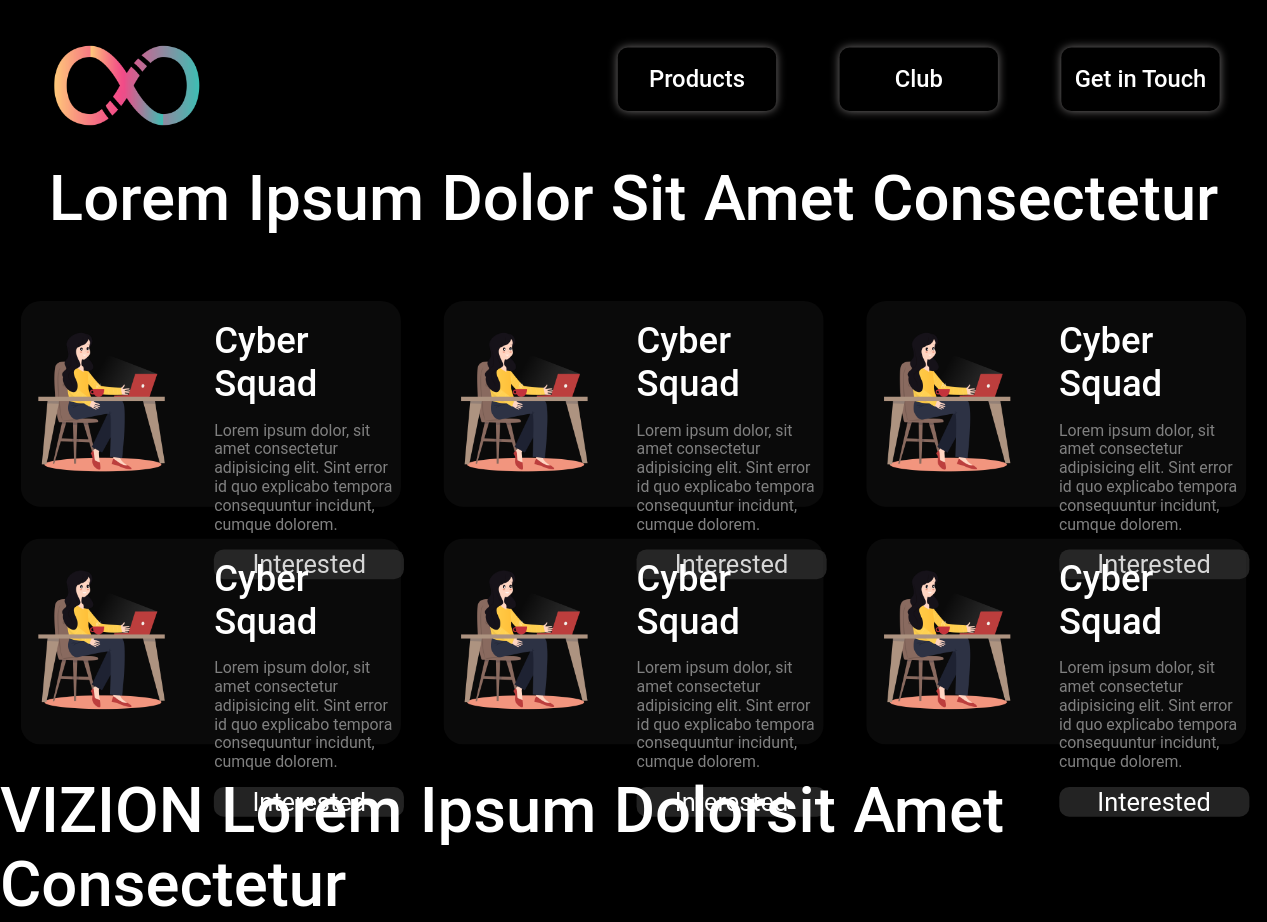
Repository: kapil4457/vizion-internship-project
Page: /
The author's editor kept a copy of each file at every save. The page is drawn from the files as they stood at one save, then again after the next save.
The browser window is 1280 px wide. The pictures show the whole page, at 99% of full size.
The project was rebuilt for these pictures with package versions that can differ from the ones it lists, and the page was loaded fresh each time. Also part of the build but not shown: src/index.css.

Above is the page before, as saved 2022-10-29 10:24:16.

### public/index.html
<!DOCTYPE html>
<html lang="en">
  <head>
    <meta charset="utf-8" />
    <link rel="icon" href="%PUBLIC_URL%/favicon.ico" />
    <meta name="viewport" content="width=device-width, initial-scale=1" />
    <meta name="theme-color" content="#000000" />
    <meta
      name="description"
      content="Web site created using create-react-app"
    />
    <link rel="preconnect" href="https://fonts.googleapis.com">
    <link rel="apple-touch-icon" href="%PUBLIC_URL%/logo192.png" />
    <!--
      manifest.json provides metadata used when your web app is installed on a
      user's mobile device or desktop. See https://developers.google.com/web/fundamentals/web-app-manifest/
    -->
    <link rel="manifest" href="%PUBLIC_URL%/manifest.json" />
    <!--
      Notice the use of %PUBLIC_URL% in the tags above.
      It will be replaced with the URL of the `public` folder during the build.
      Only files inside the `public` folder can be referenced from the HTML.

      Unlike "/favicon.ico" or "favicon.ico", "%PUBLIC_URL%/favicon.ico" will
      work correctly both with client-side routing and a non-root public URL.
      Learn how to configure a non-root public URL by running `npm run build`.
    -->
    <title>React App</title>
  </head>
  <body>
    <noscript>You need to enable JavaScript to run this app.</noscript>
    <div id="root"></div>
    <!--
      This HTML file is a template.
      If you open it directly in the browser, you will see an empty page.

      You can add webfonts, meta tags, or analytics to this file.
      The build step will place the bundled scripts into the <body> tag.

      To begin the development, run `npm start` or `yarn start`.
      To create a production bundle, use `npm run build` or `yarn build`.
    -->
  </body>
</html>

### src/index.js
import React from 'react';
import ReactDOM from 'react-dom/client';
import './index.css';
import App from './App';
import reportWebVitals from './reportWebVitals';
import { BrowserRouter } from 'react-router-dom';
const root = ReactDOM.createRoot(document.getElementById('root'));
root.render(
  <BrowserRouter >
  <React.StrictMode>
    <App />
  </React.StrictMode>
  </BrowserRouter>
);

// If you want to start measuring performance in your app, pass a function
// to log results (for example: reportWebVitals(console.log))
// or send to an analytics endpoint. Learn more: https://bit.ly/CRA-vitals
reportWebVitals();

### src/App.js
import { Route, Routes } from 'react-router-dom';
import './App.css';
import Header from './components/Header/Header';
import Home from './components/Home/Home';

function App() {
  return (
   <>
<Header />
   <Routes>
<Route exact path='/' element={<Home />} />


   </Routes>



   </>
  );
}

export default App;

### src/App.css
*{
margin:0;
padding:0;
box-sizing: border-box;
font-family: 'Roboto', sans-serif;}

body{
  background-color: black;
  color : white;

}
a{
  text-decoration: none;;
  color:white;
}

.active{
  color:red;
}

body::-webkit-scrollbar {
  display: none;
}

### src/components/Header/Header.jsx
import React from "react";
import { NavLink } from "react-router-dom";
import Logo from "./logo.png";
import "./Header.css";
const Header = () => {
  return (
    <div className="main-header">
      <NavLink to="/" className="left-header">
        <img src={Logo} alt="" />
      </NavLink>
      <div className="right-header">
        <NavLink to="/products">Products</NavLink>
        <NavLink to="/club">Club</NavLink>
        <NavLink to="/contact">Get in Touch</NavLink>
      </div>
    </div>
  );
};

export default Header;

### src/components/Home/Home.jsx
import React from "react";
import { data } from "../../item";
import "./Home.css";
import HomeCard from "./HomeCard";
const Home = () => {
  return (
    <div className="main-home">
      <h2 className="heading">Lorem ipsum dolor sit amet consectetur</h2>

      <div className="home-card-container">
        {data.map((item, key) => (
          <HomeCard item={item} key={key} />
        ))}
      </div>
      <h2 className="heading">VIZION Lorem Ipsum Dolorsit Amet Consectetur</h2>
    </div>
  );
};

export default Home;

### src/components/Header/Header.css
.main-header{
    height:10rem;
    /* border:1px solid white */
    display:flex;
    justify-content: space-between;
    align-items: center;
    padding:0rem 3rem
}

.main-header > .left-header >img{
    height:10rem;

}

.main-header > .right-header
{
    display:flex;
    gap:4rem;
    font-size:1.5rem;
    font-weight:550
}

.main-header > .right-header>a{
    height:4rem;
    width:10rem;
    display:flex;
    justify-content: center;
   align-items: center;
   border-radius:10px;
   box-shadow: 0px 0px 10px rgba(243, 238, 238,0.5);
   transition: all 0.2s;
}
.main-header > .right-header>a:hover{

    box-shadow: 0px 0px 20px rgba(243, 238, 238,0.5);
    transform: scale(1.01);
   }

### src/item.js
export const data = [
    {
        title : "Cyber Squad",
        description : "Lorem ipsum dolor, sit amet consectetur adipisicing elit. Sint error id quo explicabo tempora consequuntur incidunt, cumque dolorem.        "
    },
    {
        title : "Cyber Squad",
        description : "Lorem ipsum dolor, sit amet consectetur adipisicing elit. Sint error id quo explicabo tempora consequuntur incidunt, cumque dolorem.        "
    },
    {
        title : "Cyber Squad",
        description : "Lorem ipsum dolor, sit amet consectetur adipisicing elit. Sint error id quo explicabo tempora consequuntur incidunt, cumque dolorem.        "
    },
    {
        title : "Cyber Squad",
        description : "Lorem ipsum dolor, sit amet consectetur adipisicing elit. Sint error id quo explicabo tempora consequuntur incidunt, cumque dolorem.        "
    },
    {
        title : "Cyber Squad",
        description : "Lorem ipsum dolor, sit amet consectetur adipisicing elit. Sint error id quo explicabo tempora consequuntur incidunt, cumque dolorem.        "
    },
    {
        title : "Cyber Squad",
        description : "Lorem ipsum dolor, sit amet consectetur adipisicing elit. Sint error id quo explicabo tempora consequuntur incidunt, cumque dolorem.        "
    }
]

### src/components/Home/Home.css
.main-home{
    color:white;
    width:100%;
    display: flex;
    flex-direction: column;
    gap:4rem;
    margin-bottom: 2rem;
}

.main-home > h2{
    width:100%;
    height:5rem;
    display: flex;
    justify-content: center;
    align-items:center;
    font-size:4rem;
    word-spacing: 0.1rem;
    font-weight:450;
    text-transform: capitalize;

}


.main-home > .home-card-container{
    display:grid;
    grid-template-columns: 1fr 1fr 1fr;
    row-gap: 2rem;
    place-items: center;
}

### src/components/Home/HomeCard.jsx
import React from "react";
import "./HomeCard.css";
import Image from "./cardImage.png";
const HomeCard = ({ item }) => {
  return (
    <div className="home-card">
      <img src={Image} alt="" />
      <div className="card-info">
        <h2>{item.title}</h2>
        <p>{item.description}</p>
        <button>Interested</button>
      </div>
    </div>
  );
};

export default HomeCard;

### src/components/Home/HomeCard.css
.home-card{
    width:90%;
    height:13rem;
    display:flex;
    gap:1rem;
    padding-top:1rem;
    background-color: rgba(51, 50, 50, 0.2);
    border-radius: 20px;
    border:3px solid rgba(51, 50, 50, 0.0);
    transition: all 0.4s;

}
.home-card:hover{
    border:3px solid blue;
}
.home-card>img{
    height:10rem;

}
.home-card > .card-info{
    display:flex;
    flex-direction: column;
    gap:1rem;
    padding:0 1rem;
    align-items: center;

}
.home-card > .card-info > h2{
    font-size: 2.3rem;
    font-weight: 450;
}
.home-card > .card-info > p{
    color:gray
}
.home-card > .card-info > button{
    background-color: rgba(51, 50, 50, 0.7);
    border:none;
    outline:none;
    width:12rem;
    border-radius: 10px;
    font-size:1.6rem;
    color:white;
    height:3rem;
    transition: all 0.4s;
    cursor:pointer;
}
.home-card > .card-info > button:hover{

    background-color: rgba(51, 50, 50, 0.9);
}

Loaded but not shown: src/reportWebVitals.js (common file)

After the next save:
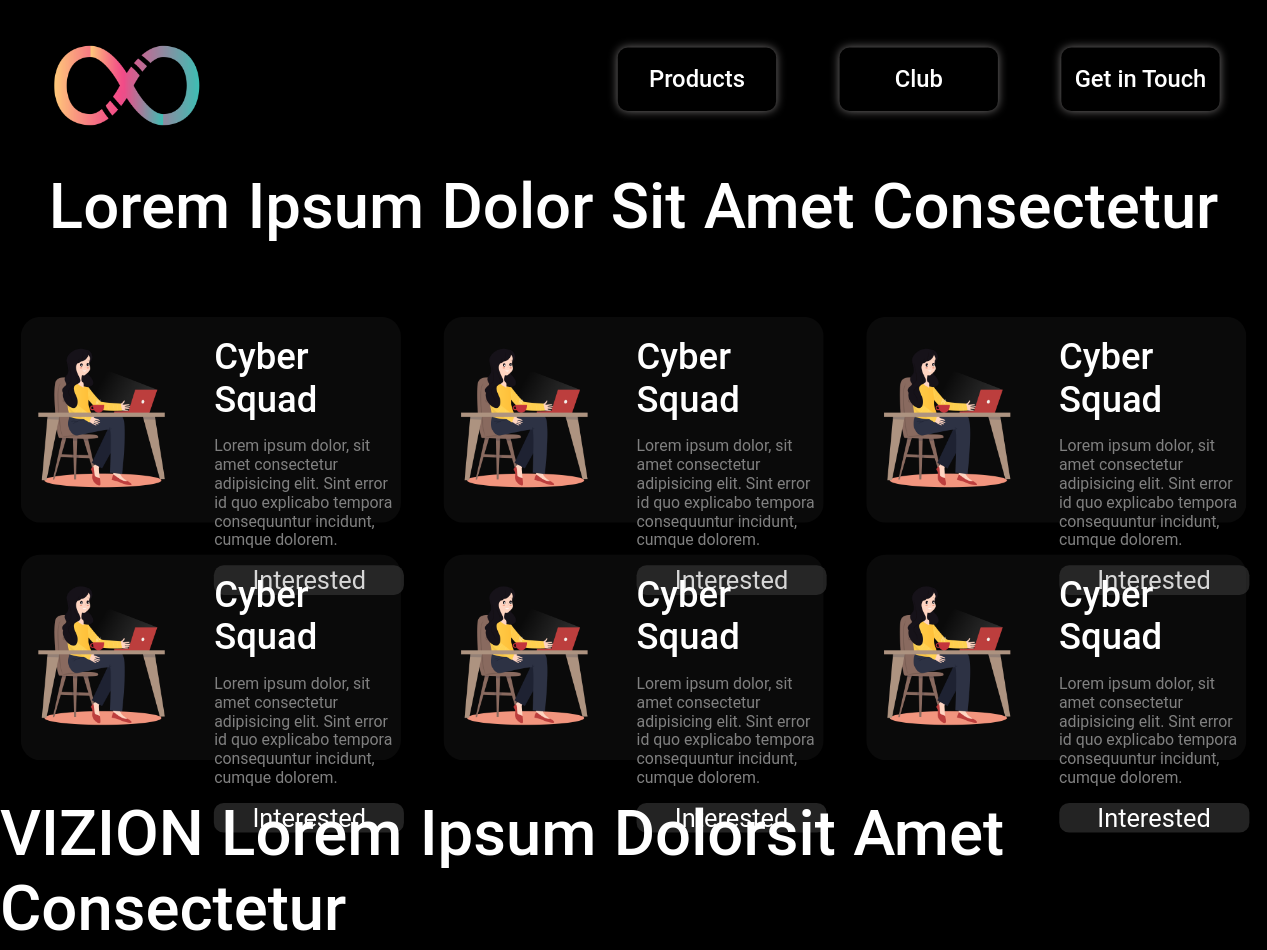
Saved 6 s later.
--- a/src/components/Home/Home.css
+++ b/src/components/Home/Home.css
@@ -9,7 +9,7 @@
 
 .main-home > h2{
     width:100%;
-    height:5rem;
+    height:6rem;
     display: flex;
     justify-content: center;
     align-items:center;
